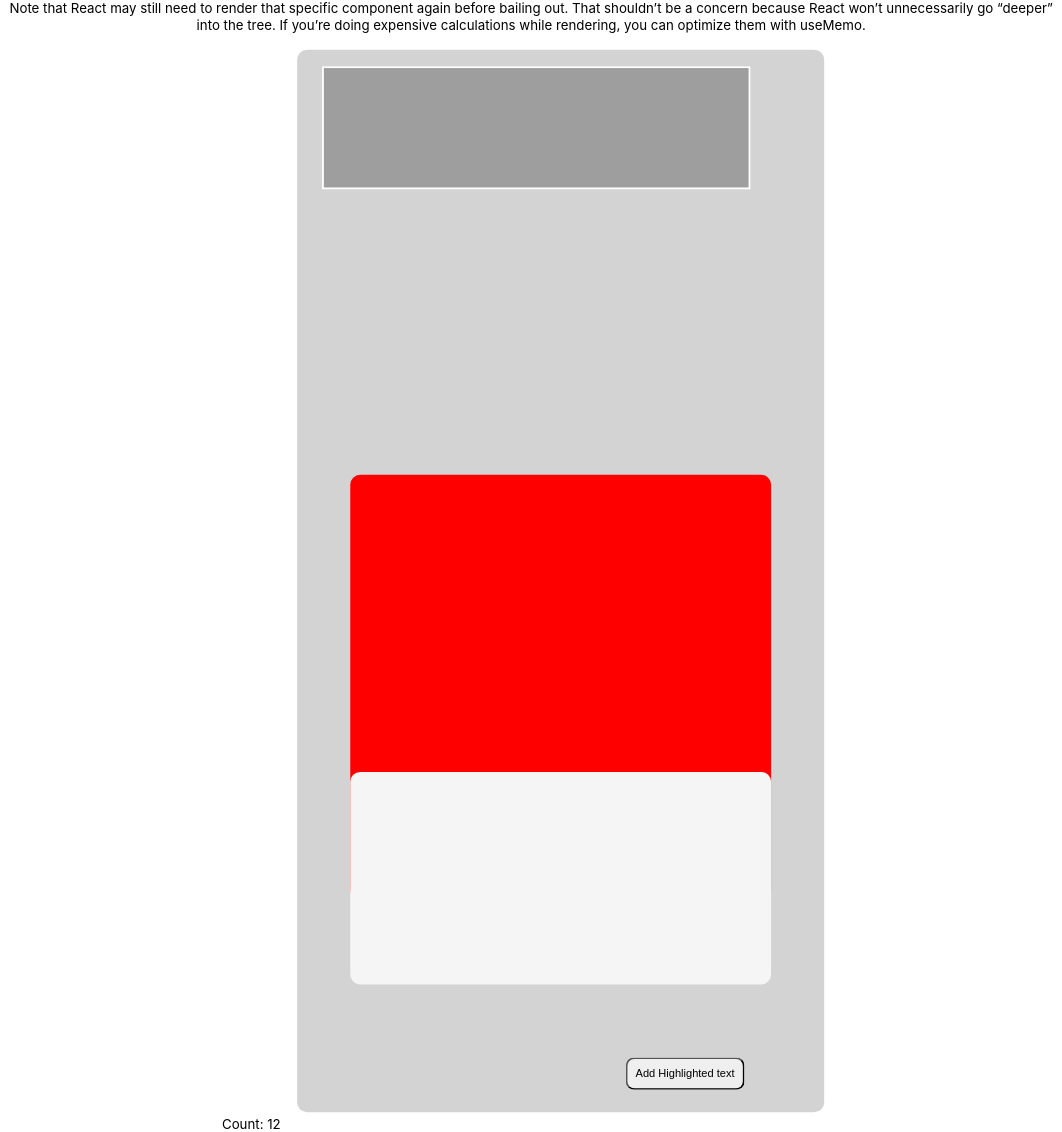
Repository: Farbod29/React-text-highlighter-with-hook-
Page: /
These files come from the project's save history. The page is drawn as it stood at one moment and after the next save; the edit follows.
The browser window is 1280 px wide. The pictures show the whole page, at 83% of full size.
Pictures or frames that could not be fetched are drawn as grey boxes. The project was rebuilt for these pictures with package versions that can differ from the ones it lists, and the page was loaded fresh each time.

Above is the page before, as saved 2022-02-18 23:08:18.

### src/App.js
import './App.css';
import Highlighter from './highlighter';
function App() {
  return (
    <div className="App">
      <Highlighter />
    </div>
  );
}

export default App;

### src/highlighter.js
import React, { useEffect, useState } from 'react';

export default function Highlighter() {
  let doit = () => {
    document.onmouseup = () => {
      console.log(window.getSelection().toString());
    };
  };
  const [count, setCount] = useState(12);
  return (
    <>
      <div>
        {' '}
        Note that React may still need to render that specific component again
        before bailing out. That shouldn’t be a concern because React won’t
        unnecessarily go “deeper” into the tree. If you’re doing expensive
        calculations while rendering, you can optimize them with useMemo.
      </div>
      Count: {count}
      {/* <button onClick={() => setCount((prevCount) => prevCount - 1)}>-</button> */}
      <div
        style={{
          padding: '0px 10px',
          height: '100vw',
          width: '48vw',
          margin: '20px',
          borderRadius: '12px',
          backgroundColor: '#D3D3D3',
          inline: true,
          fontColor: 'red',
          display: 'inline-block',
          textAlign: 'center',
          position: 'relative',
        }}
      >
        <img
          style={{
            height: '20vh',
            width: '40vw',
            position: 'absolute',
            border: '2px solid',
            borderColor: '#ffff',
            left: 30,
            top: 20,
          }}
          src="https://pfrias.couragecompanion.eu/storage/m/_v2/213604778138275840/4f8b684e5-e9314a/vlyvkRQwb3ew/u8hVvH5l5IFvha9MQyXCzPOYLo2SXG3bqIpv6vBg.png"
        ></img>
        <div
          style={{
            // textBox1
            padding: '0px 10px',
            backgroundColor: 'red',
            height: '40vw',
            width: '38vw',
            left: '5vw',
            top: '40vw',
            borderRadius: '12px',
            position: 'absolute',
          }}
        />
        <div
          style={{
            // textBox
            padding: '0px 10px',
            backgroundColor: '#F5F5F5',
            height: '20vw',
            width: '38vw',
            left: '5vw',
            top: '68vw',
            borderRadius: '12px',
            position: 'absolute',
          }}
        />
        <div
          style={{
            top: '500',
            position: 'absolute',
            bottom: '1vw',
            left: '25vw',
            right: '2vw',
            width: '23vw',
            height: '53px',
          }}
        >
          <button
            style={{ padding: '10px', borderRadius: '10px' }}
            onClick={() => setCount(12)}
          >
            {' '}
            Add Highlighted text{' '}
          </button>
        </div>
      </div>
      {doit()}
    </>
  );
}

Loaded but not shown: public/index.html (common file); src/index.js (common file); src/index.css (common file); src/reportWebVitals.js (common file); src/App.css (common file)

After the next save:
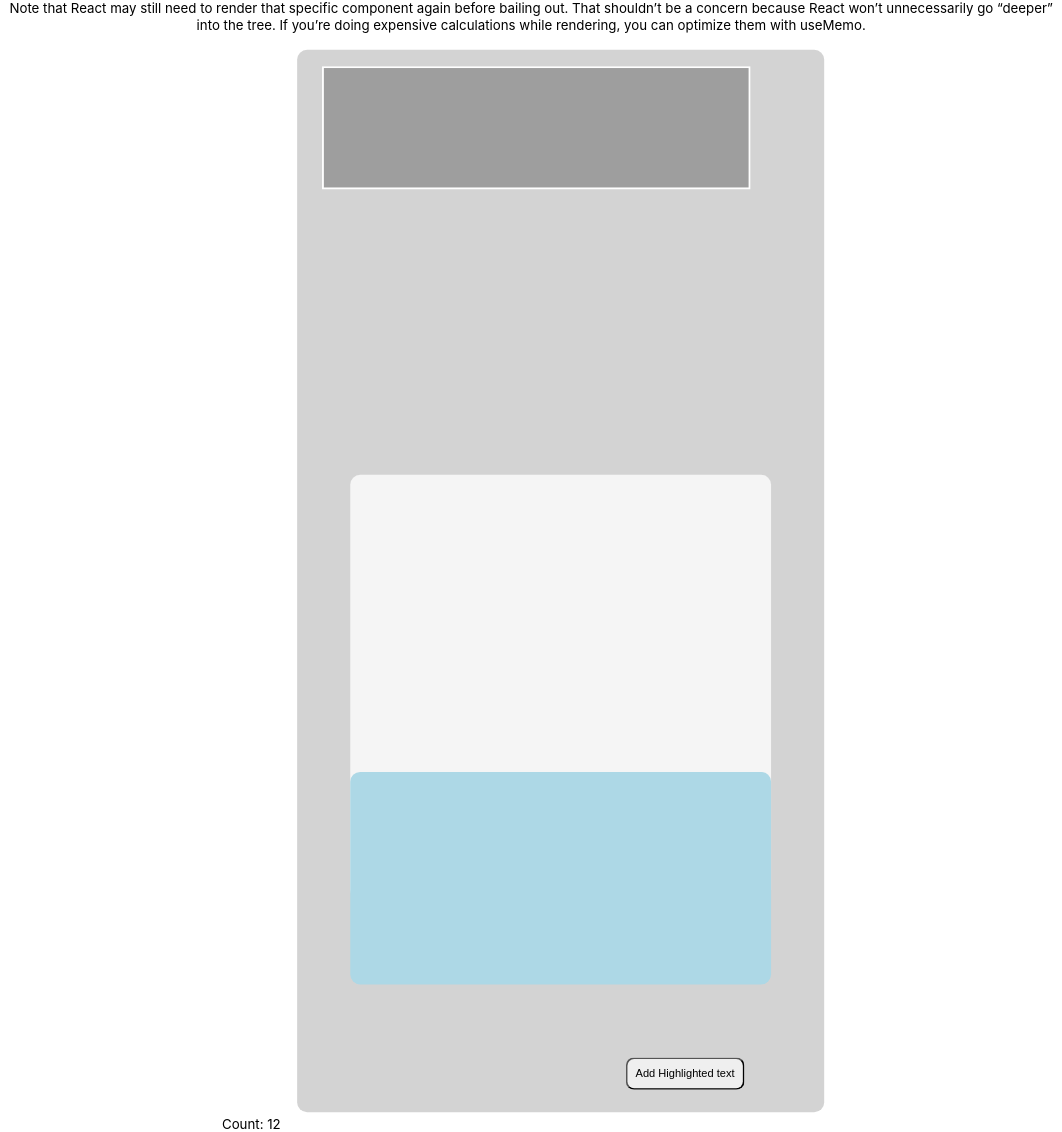
Saved 49 s later.
--- a/src/highlighter.js
+++ b/src/highlighter.js
@@ -49,7 +49,7 @@ export default function Highlighter() {
           style={{
             // textBox1
             padding: '0px 10px',
-            backgroundColor: 'red',
+            backgroundColor: '#F5F5F5',
             height: '40vw',
             width: '38vw',
             left: '5vw',
@@ -62,7 +62,7 @@ export default function Highlighter() {
           style={{
             // textBox
             padding: '0px 10px',
-            backgroundColor: '#F5F5F5',
+            backgroundColor: '#ADD8E6',
             height: '20vw',
             width: '38vw',
             left: '5vw',
